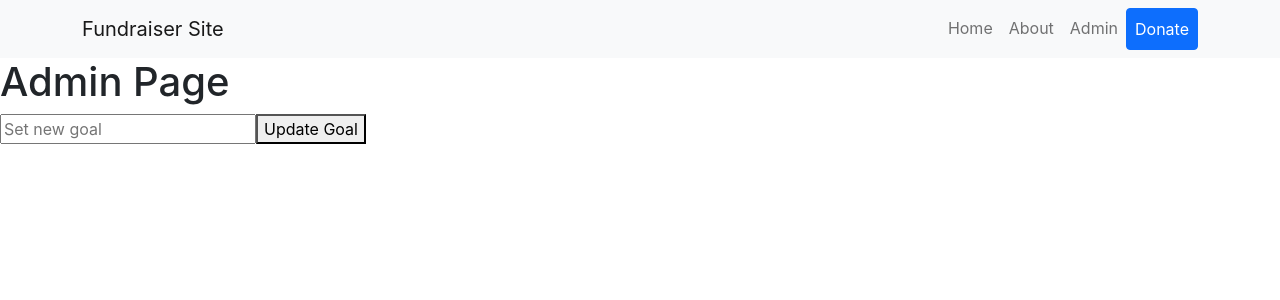
Repository: DragonFruit8/Fundraiser-Page
Page: /admin
The author's editor kept a copy of each file at every save. The page is drawn from the files as they stood at one save, then again after the next save.
The browser window is 1280 px wide. The pictures show the whole page.
The project was rebuilt for these pictures with package versions that can differ from the ones it lists, and the page was loaded fresh each time. Also part of the build but not shown: src/pages/HomeContainer.js, src/pages/About.js, src/pages/Donate.js.

Above is the page before, as saved 2024-07-19 12:58:35.

### public/index.html
<!DOCTYPE html>
<html lang="en">
  <head>
    <meta charset="utf-8" />
    <link rel="icon" href="%PUBLIC_URL%/favicon.ico" />
    <meta name="viewport" content="width=device-width, initial-scale=1" />
    <meta name="theme-color" content="#000000" />
    <meta
      name="description"
      content="Web site created using create-react-app"
    />
    <link rel="apple-touch-icon" href="%PUBLIC_URL%/logo192.png" />
    <link
      href="https://cdn.jsdelivr.net/npm/bootstrap@5.0.2/dist/css/bootstrap.min.css"
      rel="stylesheet"
      integrity="sha384-EVSTQN3/azprG1Anm3QDgpJLIm9Nao0Yz1ztcQTwFspd3yD65VohhpuuCOmLASjC"
      crossorigin="anonymous"
    />
    <!--
      manifest.json provides metadata used when your web app is installed on a
      user's mobile device or desktop. See https://developers.google.com/web/fundamentals/web-app-manifest/
    -->
    <link rel="manifest" href="%PUBLIC_URL%/manifest.json" />
    <!--
      Notice the use of %PUBLIC_URL% in the tags above.
      It will be replaced with the URL of the `public` folder during the build.
      Only files inside the `public` folder can be referenced from the HTML.

      Unlike "/favicon.ico" or "favicon.ico", "%PUBLIC_URL%/favicon.ico" will
      work correctly both with client-side routing and a non-root public URL.
      Learn how to configure a non-root public URL by running `npm run build`.
    -->
    <title>React App</title>
  </head>
  <body>
    <noscript>You need to enable JavaScript to run this app.</noscript>
    <div id="root"></div>
    <!--
      This HTML file is a template.
      If you open it directly in the browser, you will see an empty page.

      You can add webfonts, meta tags, or analytics to this file.
      The build step will place the bundled scripts into the <body> tag.

      To begin the development, run `npm start` or `yarn start`.
      To create a production bundle, use `npm run build` or `yarn build`.
    -->
    <script
      src="https://cdn.jsdelivr.net/npm/bootstrap@5.0.2/dist/js/bootstrap.bundle.min.js"
      integrity="sha384-MrcW6ZMFYlzcLA8Nl+NtUVF0sA7MsXsP1UyJoMp4YLEuNSfAP+JcXn/tWtIaxVXM"
      crossorigin="anonymous"
    ></script>
    <script
      src="https://cdn.jsdelivr.net/npm/@popperjs/core@2.9.2/dist/umd/popper.min.js"
      integrity="sha384-IQsoLXl5PILFhosVNubq5LC7Qb9DXgDA9i+tQ8Zj3iwWAwPtgFTxbJ8NT4GN1R8p"
      crossorigin="anonymous"
    ></script>
    <script
      src="https://cdn.jsdelivr.net/npm/bootstrap@5.0.2/dist/js/bootstrap.min.js"
      integrity="sha384-cVKIPhGWiC2Al4u+LWgxfKTRIcfu0JTxR+EQDz/bgldoEyl4H0zUF0QKbrJ0EcQF"
      crossorigin="anonymous"
    ></script>
  </body>
</html>

### src/App.js
import React from 'react';
import { BrowserRouter as Router, Route, Routes } from 'react-router-dom';
import Home from './pages/HomeContainer';
import About from './pages/About';
import Donate from './pages/Donate';
import Admin from './pages/Admin';
import Navbar from './components/Navbar';

const App = () => {
  return (
    <Router>
      <Navbar />
      <Routes>
        <Route path="/" element={<Home />} />
        <Route path="/about" element={<About />} />
        <Route path="/donate" element={<Donate />} />
        <Route path="/admin" element={<Admin />} />
      </Routes>
    </Router>
  );
};

export default App;

### src/pages/Admin.js
import React, { useState } from 'react';
import axios from 'axios';

const Admin = () => {
    const [goal, setGoal] = useState('');

    const handleUpdateGoal = async () => {
        try {
            await axios.post('/api/update-goal', { goal });
            alert('Goal updated successfully!');
        } catch (error) {
            console.error(error);
            alert('Failed to update goal.');
        }
    };

    return (
        <div>
            <h1>Admin Page</h1>
            <input
                type="number"
                value={goal}
                onChange={(e) => setGoal(e.target.value)}
                placeholder="Set new goal"
            />
            <button onClick={handleUpdateGoal}>Update Goal</button>
        </div>
    );
};

export default Admin;

### src/components/Navbar.js
import React from 'react';
import { Link } from 'react-router-dom';

const Navbar = () => {
    return (
        <nav className="navbar navbar-expand-lg navbar-light bg-light">
            <div className="container">
                <Link className="navbar-brand" to="/">Fundraiser Site</Link>
                <button className="navbar-toggler" type="button" data-bs-toggle="collapse" data-bs-target="#navbarNav" aria-controls="navbarNav" aria-expanded="false" aria-label="Toggle navigation">
                    <span className="navbar-toggler-icon"></span>
                </button>
                <div className="collapse navbar-collapse" id="navbarNav">
                    <ul className="navbar-nav ms-auto">
                        <li className="nav-item">
                            <Link className="nav-link" to="/">Home</Link>
                        </li>
                        <li className="nav-item">
                            <Link className="nav-link" to="/about">About</Link>
                        </li>
                        <li className="nav-item">
                            <Link className="nav-link" to="/admin">Admin</Link>
                        </li>
                        <li className="nav-item">
                            <Link className="nav-link btn btn-primary text-white" to="/donate">Donate</Link>
                        </li>
                    </ul>
                </div>
            </div>
        </nav>
    );
}

export default Navbar;

Loaded but not shown: src/index.js (common file); src/index.css (common file)

After the next save:
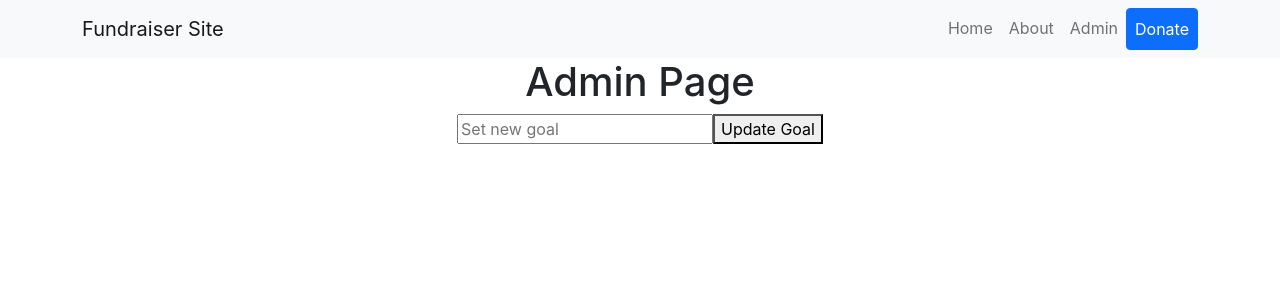
Saved 18 s later.
--- a/src/pages/Admin.js
+++ b/src/pages/Admin.js
@@ -1,5 +1,10 @@
 import React, { useState } from 'react';
+import styled from 'styled-components';
 import axios from 'axios';
+
+const AdminContainer = styled.div`
+  text-align: center;
+`;
 
 const Admin = () => {
     const [goal, setGoal] = useState('');
@@ -15,7 +20,7 @@ const Admin = () => {
     };
 
     return (
-        <div>
+        <AdminContainer className="container">
             <h1>Admin Page</h1>
             <input
                 type="number"
@@ -24,7 +29,7 @@ const Admin = () => {
                 placeholder="Set new goal"
             />
             <button onClick={handleUpdateGoal}>Update Goal</button>
-        </div>
+        </AdminContainer>
     );
 };
 
